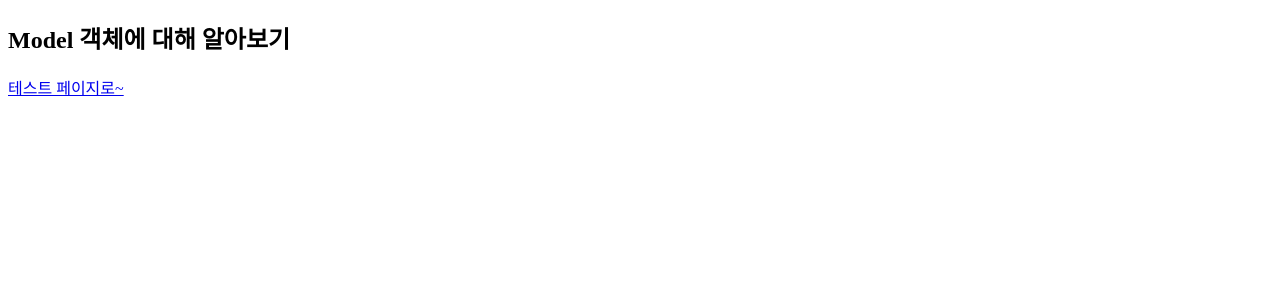
Repository: Moonsoyeon/KG-Spring
Page: http://localhost/SpringWebBasic/response/res-ex01
The author's editor kept a copy of each file at every save. The page is drawn from the files as they stood at one save, then again after the next save.
The browser window is 1280 px wide. The pictures show the whole page.
The page is served by Tomcat 9.

Above is the page before, as saved 2021-06-14 16:34:00.

After the next save:
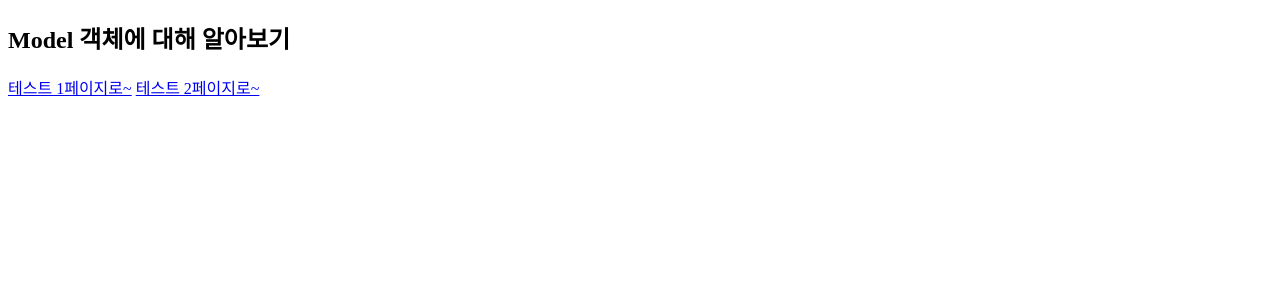
Saved 85 s later.
--- a/SpringWebBasic/src/main/webapp/WEB-INF/views/response/res-ex01.jsp
+++ b/SpringWebBasic/src/main/webapp/WEB-INF/views/response/res-ex01.jsp
@@ -18,7 +18,8 @@
 	- 컨텍스트 루트를 제외하고 연결 가능.
  --%>
 
-<a href="<c:url value='/response/test?age=30' />">테스트 페이지로~</a>
+<a href="<c:url value='/response/test?age=30' />">테스트 1페이지로~</a>
+<a href="<c:url value='/response/test2' />">테스트 2페이지로~</a>
 
 </body>
 </html>
